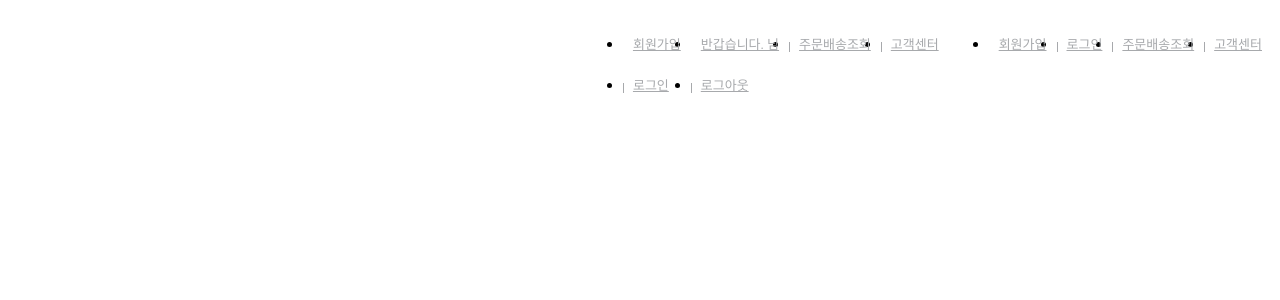
Repository: lhc8607git/SungsimdangPro
Page: http://localhost/ssdPro/layout/header.jsp
These files come from the project's save history. The page is drawn as it stood at one moment and after the next save; the edit follows.
The browser window is 1280 px wide. The pictures show the whole page.
The page is served by Tomcat 9. Other server files are loaded and not shown.

Above is the page before, as saved 2022-01-13 09:14:11.
Console error: ReferenceError: $ is not defined

### ssdPro/src/main/webapp/layout/header.jsp
<%@ page language="java" contentType="text/html; charset=UTF-8" pageEncoding="UTF-8"%>
<div>
<a name='TSA_57'></a>
<style type="text/css">

	.utilWrap {width: 100%;}
	.utilWrap .utilBox {width: 100%;height: 40px; line-height: 40px; max-width: 1280px; margin:0 auto;}
	.utilWrap .utilBox .util {float: right;}
	.utilWrap .utilBox .util ul {display:flex;}
	.utilWrap .utilBox .util ul li {}
	.utilWrap .utilBox .util ul li a{padding:0 10px; font-weight: 500; font-size: 13px; color: #a7a9ac; position: relative; transition: 0.2s ease;}
	.utilWrap .utilBox .util ul li a:hover{color: #87553d;}
	.utilWrap .utilBox .util ul li a:after {content: ""; display: block; position: absolute; width: 1px; height: 10px; left: 0; top: 5px; background-color: #a7a9ac;}
	.utilWrap .utilBox .util ul li:nth-child(1) a:after {display:none;}
</style>

<div id="layer_pop_cls">

</div>
<div class="utilWrap">
	<div class="utilBox">
	<!-- 	<a href="#" id="favorite" class="addSite"><span class="iconfont ftic-Favorites"></span> 즐겨찾기</a> -->
		<div class="util tmb_logout  hide">
			<ul>
				<li><a href="javascript:;" class="join_pop_cls">회원가입</a></li>
				<li><a href="/member/login.asp">로그인</a></li>
				<li><a href="/my/order_total.asp?mode=deliver">주문배송조회</a></li>
				<li><a href="/cscenter/">고객센터</a></li>
			</ul>
			<!--
			<span href="/cscenter/main.asp" class="inList"> -->
<!-- 			</span> -->
		</div>

		<div class="util tmb_login tmb_login">
			<ul>
				<c:if test="${empty sessionScope.user }">
					<li><a href="javascript:;" class="join_pop_cls">회원가입</a></li>
					<li><a href="/member/login.asp">로그인</a></li>
				</c:if>
				<c:if test="${not empty sessionScope.user }">
					<li><a href="/my" class="hi">반갑습니다. ${sessionScope.user.name }님</a></li>
					<li><a href="/logout.asp">로그아웃</a></li>
				</c:if>

				<li><a href="/my/order_total.asp?mode=deliver">주문배송조회</a></li>
				<li><a href="/cscenter/">고객센터</a></li>
			</ul>
		</div>
	</div>
</div>


<script type="text/javascript">
$.ajax({
	type:"post",
	url:"/common/ajax/exec_getCartCnt.asp",
	success:function(data, state, xhr){
		$(".cartCnt").each(function(){$(this).html(data);});
	}
})
$(document).ready(function() {
	$(".join_pop_cls").click(function(){
		$.ajax({
			type:"post",
			url:"/common/ajax/exec_NewMainTopMenu.asp",
			success:function(data){
				$("#layer_pop_cls").html(data);
			}
		});
	});
});
</script><script>$('.tmb_login.hide, .tmb_logout.hide').remove();</script></div>

After the next save:
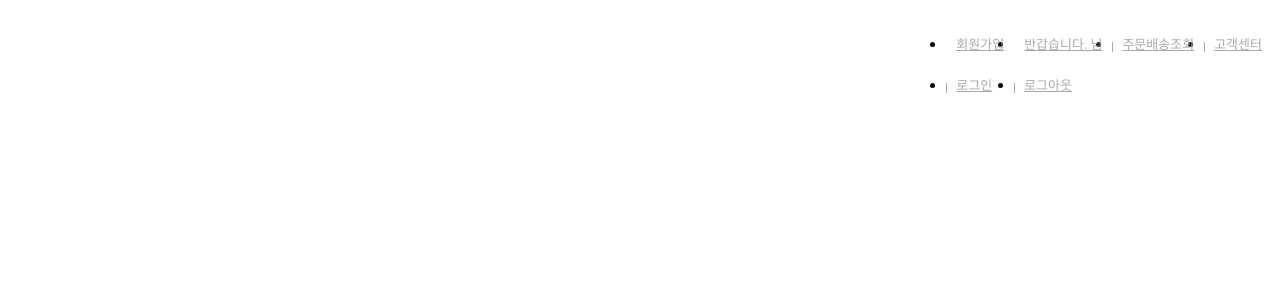
Saved 2 min 2 s later.
--- a/ssdPro/src/main/webapp/layout/header.jsp
+++ b/ssdPro/src/main/webapp/layout/header.jsp
@@ -19,19 +19,6 @@
 </div>
 <div class="utilWrap">
 	<div class="utilBox">
-	<!-- 	<a href="#" id="favorite" class="addSite"><span class="iconfont ftic-Favorites"></span> 즐겨찾기</a> -->
-		<div class="util tmb_logout  hide">
-			<ul>
-				<li><a href="javascript:;" class="join_pop_cls">회원가입</a></li>
-				<li><a href="/member/login.asp">로그인</a></li>
-				<li><a href="/my/order_total.asp?mode=deliver">주문배송조회</a></li>
-				<li><a href="/cscenter/">고객센터</a></li>
-			</ul>
-			<!--
-			<span href="/cscenter/main.asp" class="inList"> -->
-<!-- 			</span> -->
-		</div>
-
 		<div class="util tmb_login tmb_login">
 			<ul>
 				<c:if test="${empty sessionScope.user }">
